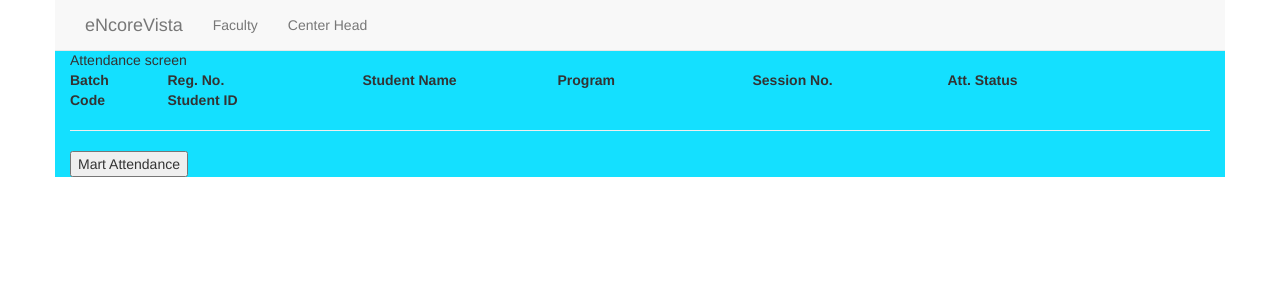
Repository: RajeswarM-NIIT/RajeswarAceMarch2020
Page: http://localhost/attendance/WEB-INF/views/attpage.jsp
These files come from the project's save history. The page is drawn as it stood at one moment and after the next save; the edit follows.
The browser window is 1280 px wide. The pictures show the whole page.
The page is served by Tomcat 9. Nobody is signed in. The template is opened directly, without the code that normally fills it, so the values that code supplies are empty.

Above is the page before, as saved 2020-03-13 20:36:08.

After the next save:
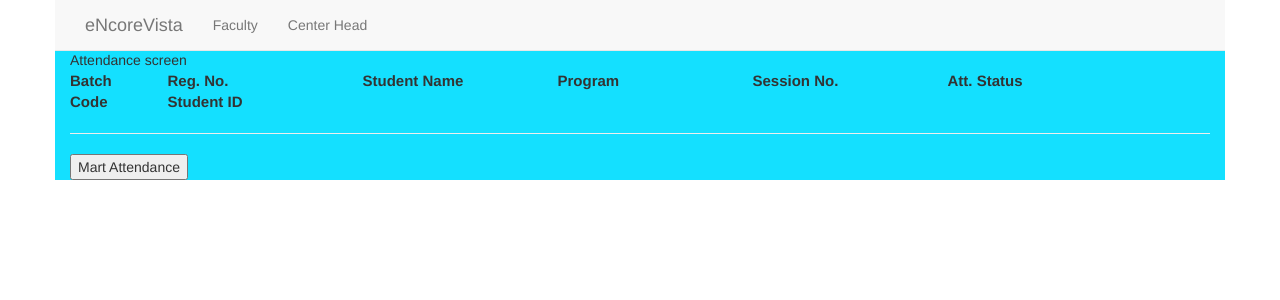
Saved 48 s later.
--- a/attendance/src/main/webapp/WEB-INF/views/attpage.jsp
+++ b/attendance/src/main/webapp/WEB-INF/views/attpage.jsp
@@ -10,7 +10,7 @@
 <%@ include file = "navbar.jsp" %>
 <div class="container" style="background-color:#14e0ff; margin-top:50px">
 Attendance screen
-	<div class="row" style="font-style:bold">
+	<div class="row" style="font-style:bold; font-size:15px">
 		<strong>
 			<div class="col-sm-1">Batch Code</div>
 			<div class="col-sm-2">Reg. No. <br> Student ID</div>
